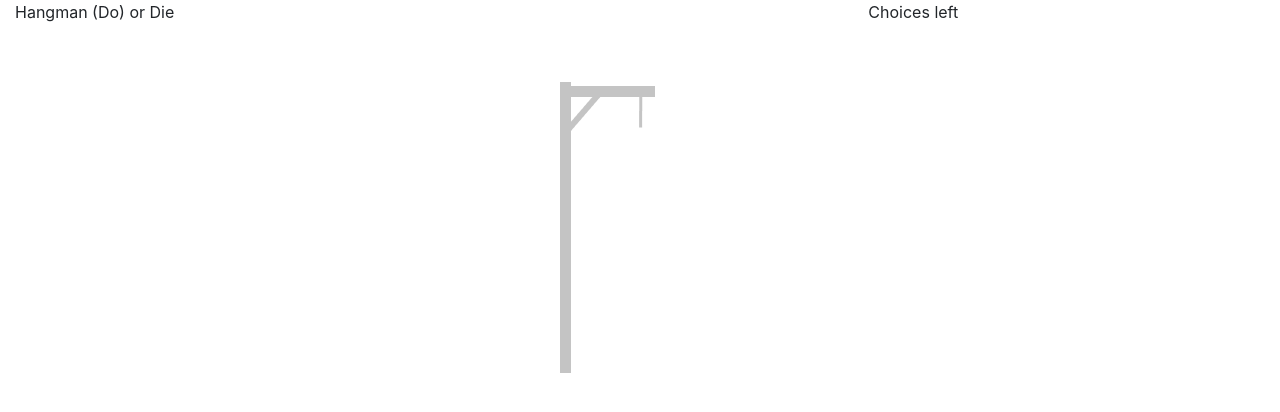
Repository: jatinhchanchlani/hangman
Page: /
These files come from the project's save history. The page is drawn as it stood at one moment and after a run of saves; the edit follows.
The browser window is 1280 px wide. The pictures show the whole page.
The project was rebuilt for these pictures with package versions that can differ from the ones it lists, and the page was loaded fresh each time. Also part of the build but not shown: src/App.css.

Above is the page before, as saved 2020-10-04 16:48:23.

After the next 2 saves:
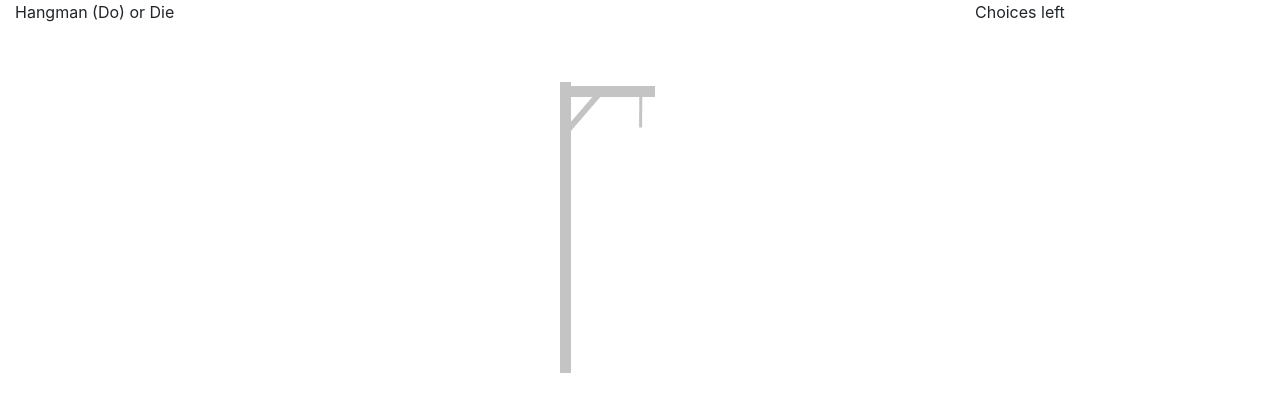
The 2 saves are shown as one change because they came seconds apart.
The last was saved 19 s later.
--- a/src/components/game.jsx
+++ b/src/components/game.jsx
@@ -8,8 +8,8 @@ class Game extends Component {
       <div className="container-fluid">
         <div className="row">
           <div className="col cols-sm-4">Hangman (Do) or Die</div>
-          <div className="col col-sm-4"></div>
-          <div className="col col-sm-4">Choices left</div>
+          <div className="col col-sm-5"></div>
+          <div className="col col-sm-3">Choices left</div>
         </div>
         <div className="row">
           <div className="col col-sm-5"></div>
